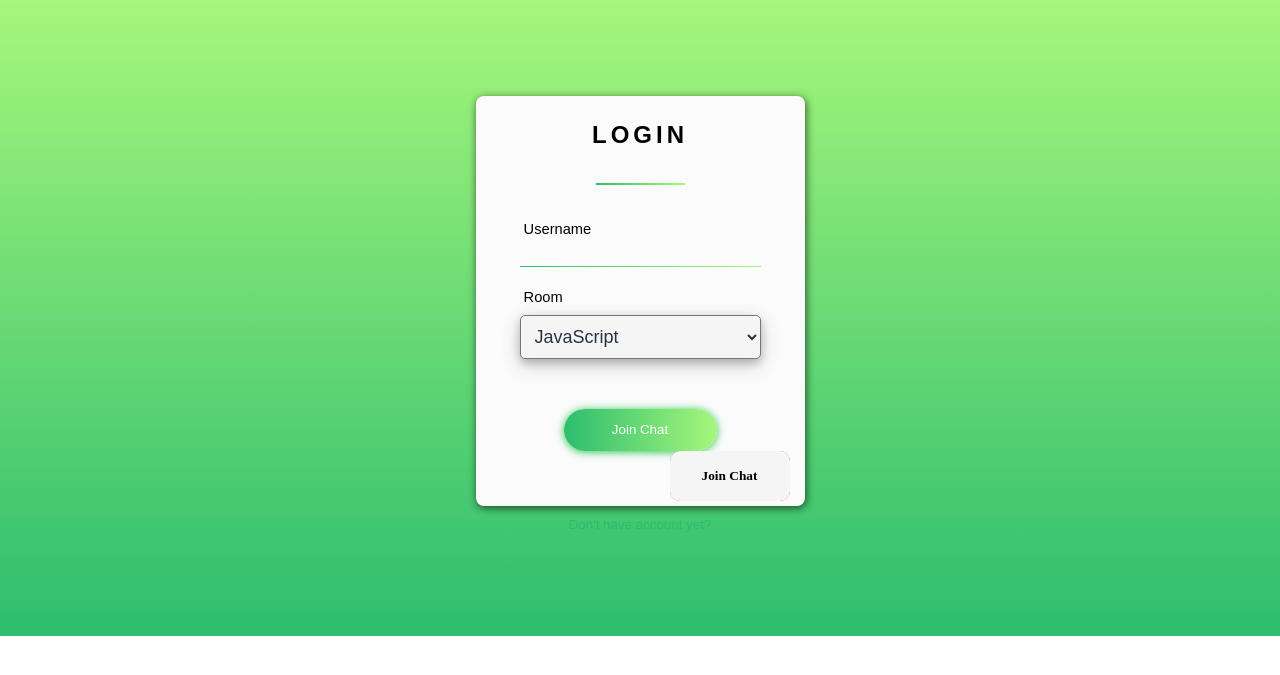
Repository: satyam12116/chat
Page: public/index.html
These files come from the project's save history. The page is drawn as it stood at one moment and after the next save; the edit follows.
The browser window is 1280 px wide. The pictures show the whole page.
Some web libraries are served in a nearby version.

Above is the page before, as saved 2023-03-26 11:45:58.

### public/index.html
<!DOCTYPE html>
<html lang="en">
	<head>
		<meta charset="UTF-8" />
		<meta name="viewport" content="width=device-width, initial-scale=1.0" />
		<meta http-equiv="X-UA-Compatible" content="ie=edge" />
		<link
			rel="stylesheet"
			href="https://cdnjs.cloudflare.com/ajax/libs/font-awesome/5.12.1/css/all.min.css"
			integrity="sha256-mmgLkCYLUQbXn0B1SRqzHar6dCnv9oZFPEC1g1cwlkk="
			crossorigin="anonymous"
		/>
		<link rel="stylesheet" href="css/style.css" />
		<title>ChatCord App</title>
	</head>
	<body>
		<!-- <div class="join-container">
			<header class="join-header">
				<h1><i class="fas fa-smile"></i> ChatCord</h1>
			</header>
			<main class="join-main">
				<form action="chat.html">
					<div class="form-control">
						<label for="username">Username</label>
						<input
							type="text"
							name="username"
							id="username"
							placeholder="Enter username..."
							required
						/>
					</div>
					<div class="form-control">
						<label for="room">Room</label>
						<select name="room" id="room">
							<option value="JavaScript">JavaScript</option>
							<option value="Python">Python</option>
							<option value="PHP">PHP</option>
							<option value="C#">C#</option>
							<option value="Ruby">Ruby</option>
							<option value="Java">Java</option>
						</select>
					</div>
					<button type="submit"class="glow-on-hover">Join Chat</button>
				</form>
			</main>
		</div> -->
		<div id="card">
			<div id="card-content">
			  <div id="card-title">
				<h2>LOGIN</h2>
				<div class="underline-title"></div>
			  </div>
			  <form method="post" class="form">
				<label for="user-email" style="padding-top:13px">
					&nbsp;Username
				  </label>
				<input id="user-email" class="form-content" type="email" name="email" autocomplete="on" required />
				<div class="form-border"></div>
				<label for="user-password" style="padding-top:22px">&nbsp;Room
				  </label>
				<!-- <input id="user-password" class="form-content" type="password" name="password" required /> -->
				<select name="room" id="my">
					<option value="JavaScript">JavaScript</option>
					<option value="Python">Python</option>
					<option value="PHP">PHP</option>
					<option value="C#">C#</option>
					<option value="Ruby">Ruby</option>
					<option value="Java">Java</option>
				</select>
				<!-- <div class="form-border"></div> -->
				<!-- <a href="#">
				  <legend id="forgot-pass">Forgot password?</legend>
				</a> -->
				<input id="submit-btn" type="submit" name="submit" value="Join Chat" />
				<button type="submit"class="glow-on-hover">Join Chat</button>
				<a href="#" id="signup">Don't have account yet?</a>
			  </form>
			</div>
		  </div>
	</body>
</html>

### public/css/style.css
@import url('https://fonts.googleapis.com/css?family=Roboto&display=swap');

:root {
	--dark-color-a: #667aff;
	--dark-color-b: #7386ff;
	--light-color: #e6e9ff;
	--success-color: #5cb85c;
	--error-color: #d9534f;
}

* {
	box-sizing: border-box;
	margin: 0;
	padding: 0;
}

body {
	font-family: 'Roboto', sans-serif;
	font-size: 16px;
	background: var(--light-color);
	margin: 20px;
}

ul {
	list-style: none;
}

a {
	text-decoration: none;
}

.btn {
	cursor: pointer;
	padding: 5px 15px;
	background: var(--light-color);
	color: var(--dark-color-a);
	border: 0;
	font-size: 17px;
}

/* Chat Page */

.chat-container {
	max-width: 1100px;
	background: #fff;
	margin: 30px auto;
	overflow: hidden;
}

.chat-header {
	background: var(--dark-color-a);
	color: #fff;
	border-top-left-radius: 5px;
	border-top-right-radius: 5px;
	padding: 15px;
	display: flex;
	align-items: center;
	justify-content: space-between;
}

.chat-main {
	display: grid;
	grid-template-columns: 1fr 3fr;
}

.chat-sidebar {
	background: var(--dark-color-b);
	color: #fff;
	padding: 20px 20px 60px;
	overflow-y: scroll;
}

.chat-sidebar h2 {
	font-size: 20px;
	background: rgba(0, 0, 0, 0.1);
	padding: 10px;
	margin-bottom: 20px;
}

.chat-sidebar h3 {
	margin-bottom: 15px;
}

.chat-sidebar ul li {
	padding: 10px 0;
}

.chat-messages {
	padding: 30px;
	max-height: 500px;
	overflow-y: scroll;
}

.chat-messages .message {
	padding: 10px;
	margin-bottom: 15px;
	background-color: var(--light-color);
	border-radius: 5px;
	overflow-wrap: break-word;
}

.chat-messages .message .meta {
	font-size: 15px;
	font-weight: bold;
	color: var(--dark-color-b);
	opacity: 0.7;
	margin-bottom: 7px;
}

.chat-messages .message .meta span {
	color: #777;
}

.chat-form-container {
	padding: 20px 30px;
	background-color: var(--dark-color-a);
}

.chat-form-container form {
	display: flex;
}

.chat-form-container input[type='text'] {
	font-size: 16px;
	padding: 5px;
	height: 40px;
	flex: 1;
}

/* Join Page */
.join-container {
	max-width: 500px;
	margin: 80px auto;
	color: #fff;
}

.join-header {
	text-align: center;
	padding: 20px;
	background: var(--dark-color-a);
	border-top-left-radius: 5px;
	border-top-right-radius: 5px;
}

.join-main {
	padding: 30px 40px;
	background: var(--dark-color-b);
}

.join-main p {
	margin-bottom: 20px;
}

.join-main .form-control {
	margin-bottom: 20px;
}

.join-main label {
	display: block;
	margin-bottom: 5px;
}

.join-main input[type='text'] {
	font-size: 16px;
	padding: 5px;
	height: 40px;
	width: 100%;
}

.join-main select {
	font-size: 16px;
	padding: 5px;
	height: 40px;
	width: 100%;
}

.join-main .btn {
	margin-top: 20px;
	width: 100%;
}

@media (max-width: 700px) {
	.chat-main {
		display: block;
	}

	.chat-sidebar {
		display: none;
	}
}

.glow-on-hover {
	margin-left:150px;
	font-family: cursive;
	font-weight: bold;
    width: 120px;
    height: 50px;
    border: none;
    outline: none;
    color: black;
    background:rgb(211, 84, 84);
    cursor: pointer;
    position: relative;
    z-index: 0;
    border-radius: 10px;
}

.glow-on-hover:before {
    content: '';
    background: linear-gradient(45deg, #ff0000, #ff7300, #fffb00, #48ff00, #00ffd5, #002bff, #7a00ff, #ff00c8, #ff0000);
    position: absolute;
    top: -2px;
    left:-2px;
    background-size: 400%;
    z-index: -1;
    filter: blur(5px);
    width: calc(100% + 4px);
    height: calc(100% + 4px);
    animation: glowing 20s linear infinite;
    opacity: 0;
    transition: opacity .3s ease-in-out;
    border-radius: 10px;
}

.glow-on-hover:active {
    color:whitesmoke;
}

.glow-on-hover:active:after {
    background: transparent;
}

.glow-on-hover:hover:before {
    opacity: 1;
}

.glow-on-hover:after {
    z-index: -1;
    content: '';
    position: absolute;
    width: 100%;
    height: 100%;
    background: whitesmoke;
    left: 0;
    top: 0;
    border-radius: 10px;
}

@keyframes glowing {
    0% { background-position: 0 0; }
    50% { background-position: 400% 0; }
    100% { background-position: 0 0; }
}
a {
	text-decoration: none;
  }
  body {
	background: -webkit-linear-gradient(bottom, #2dbd6e, #a6f77b);
	background-repeat: no-repeat;
  }
  label {
	font-family: "Raleway", sans-serif;
	font-size: 11pt;
  }
  #forgot-pass {
	color: #2dbd6e;
	font-family: "Raleway", sans-serif;
	font-size: 10pt;
	margin-top: 3px;
	text-align: right;
  }
  #card {
	background: #fbfbfb;
	border-radius: 8px;
	box-shadow: 1px 2px 8px rgba(0, 0, 0, 0.65);
	height: 410px;
	margin: 6rem auto 8.1rem auto;
	width: 329px;
  }
  #card-content {
	padding: 12px 44px;
  }
  #card-title {
	font-family: "Raleway Thin", sans-serif;
	letter-spacing: 4px;
	padding-bottom: 23px;
	padding-top: 13px;
	text-align: center;
  }
  #signup {
	color: #2dbd6e;
	font-family: "Raleway", sans-serif;
	font-size: 10pt;
	margin-top: 16px;
	text-align: center;
  }
  #submit-btn {
	background: -webkit-linear-gradient(right, #a6f77b, #2dbd6e);
	border: none;
	border-radius: 21px;
	box-shadow: 0px 1px 8px #24c64f;
	cursor: pointer;
	color: white;
	font-family: "Raleway SemiBold", sans-serif;
	height: 42.3px;
	margin: 0 auto;
	margin-top: 50px;
	transition: 0.25s;
	width: 153px;
  }
  #submit-btn:hover {
	box-shadow: 0px 1px 18px #24c64f;
  }
  .form {
	align-items: left;
	display: flex;
	flex-direction: column;
  }
  .form-border {
	background: -webkit-linear-gradient(right, #a6f77b, #2ec06f);
	height: 1px;
	width: 100%;
  }
  .form-content {
	background: #fbfbfb;
	border: none;
	outline: none;
	padding-top: 14px;
  }
  .underline-title {
	background: -webkit-linear-gradient(right, #a6f77b, #2ec06f);
	height: 2px;
	margin: 2.1rem auto 0 auto;
	width: 89px;
  }
  #my{
	margin-top: 10px;
	font-family: 'Ubuntu', sans-serif;
	position: relative;
	display: block;
	width: 100%;
	padding: 10px;
	font-size: 18px;
	font-weight: 300;
	color: #273342;
	line-height: 30px;
	background: #f5f5f5;
	border-radius: 5px;
	cursor: pointer;
	box-shadow: 0 4px 8px 0 rgba(0,0,0,0.2),0 6px 20px 0 rgba(0,0,0,0.19);
  }

After the next save:
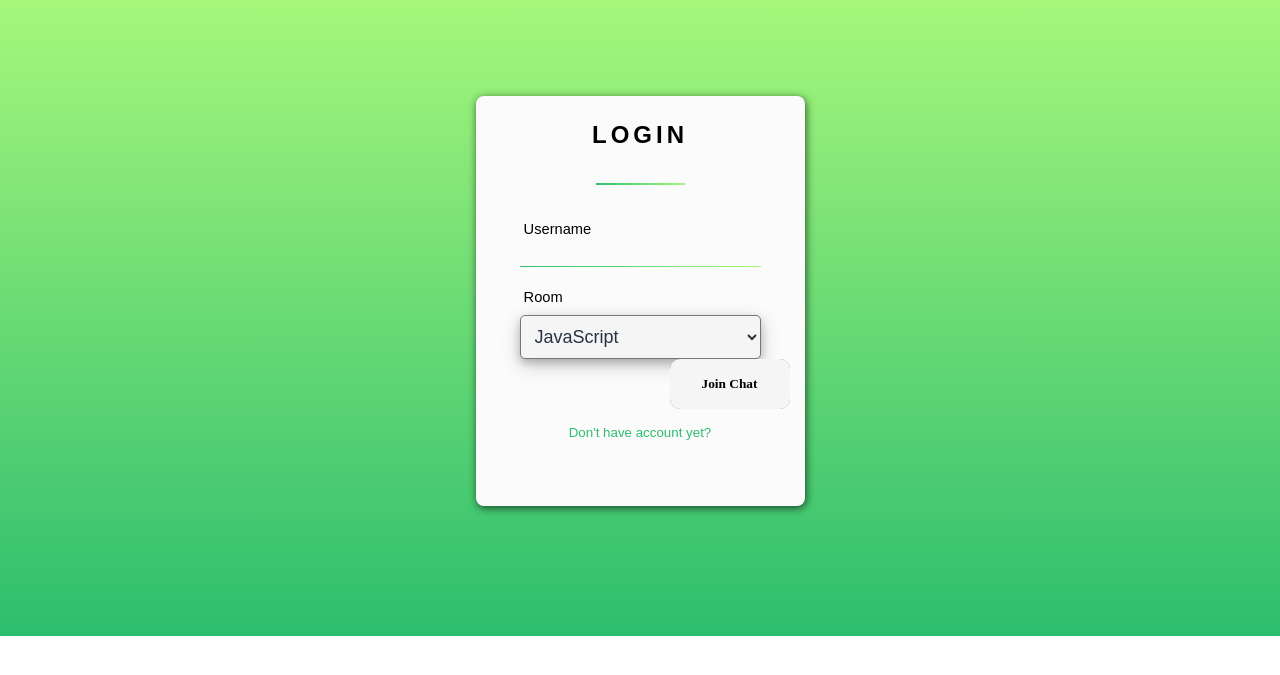
Saved 10 s later.
--- a/public/index.html
+++ b/public/index.html
@@ -72,7 +72,7 @@
 				<!-- <a href="#">
 				  <legend id="forgot-pass">Forgot password?</legend>
 				</a> -->
-				<input id="submit-btn" type="submit" name="submit" value="Join Chat" />
+				<!-- <input id="submit-btn" type="submit" name="submit" value="Join Chat" /> -->
 				<button type="submit"class="glow-on-hover">Join Chat</button>
 				<a href="#" id="signup">Don't have account yet?</a>
 			  </form>
